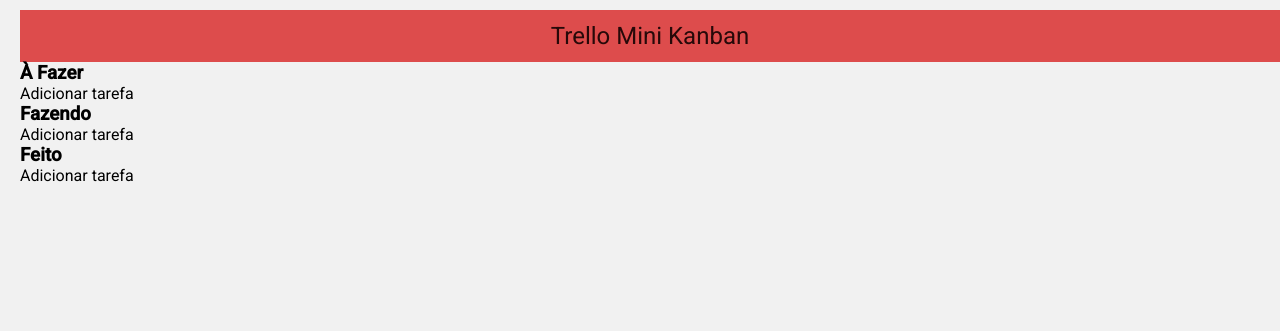
Repository: douglasabnovato/byteclass
Page: trello-mini-kanban/index.html
These files come from the project's save history. The page is drawn as it stood at one moment and after the next save; the edit follows.
The browser window is 1280 px wide. The pictures show the whole page.

Above is the page before, as saved 2025-07-31 20:17:58.

After the next save:
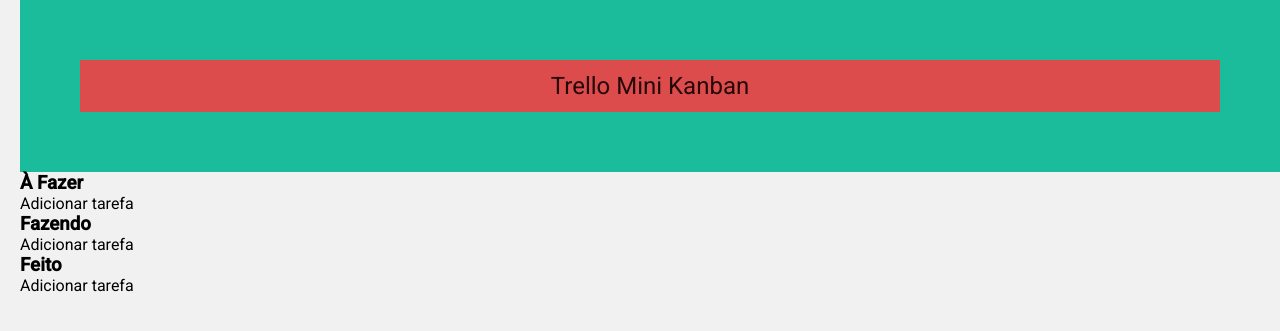
Saved 4 min 0 s later.
--- a/trello-mini-kanban/style.css
+++ b/trello-mini-kanban/style.css
@@ -11,7 +11,13 @@
 }
 
 header {
-  margin-top: 10px;
+
+
+    padding: 60px;
+  text-align: center;
+  background: #1abc9c;
+  color: white;
+  font-size: 30px;
 }
 
 header h1 {
